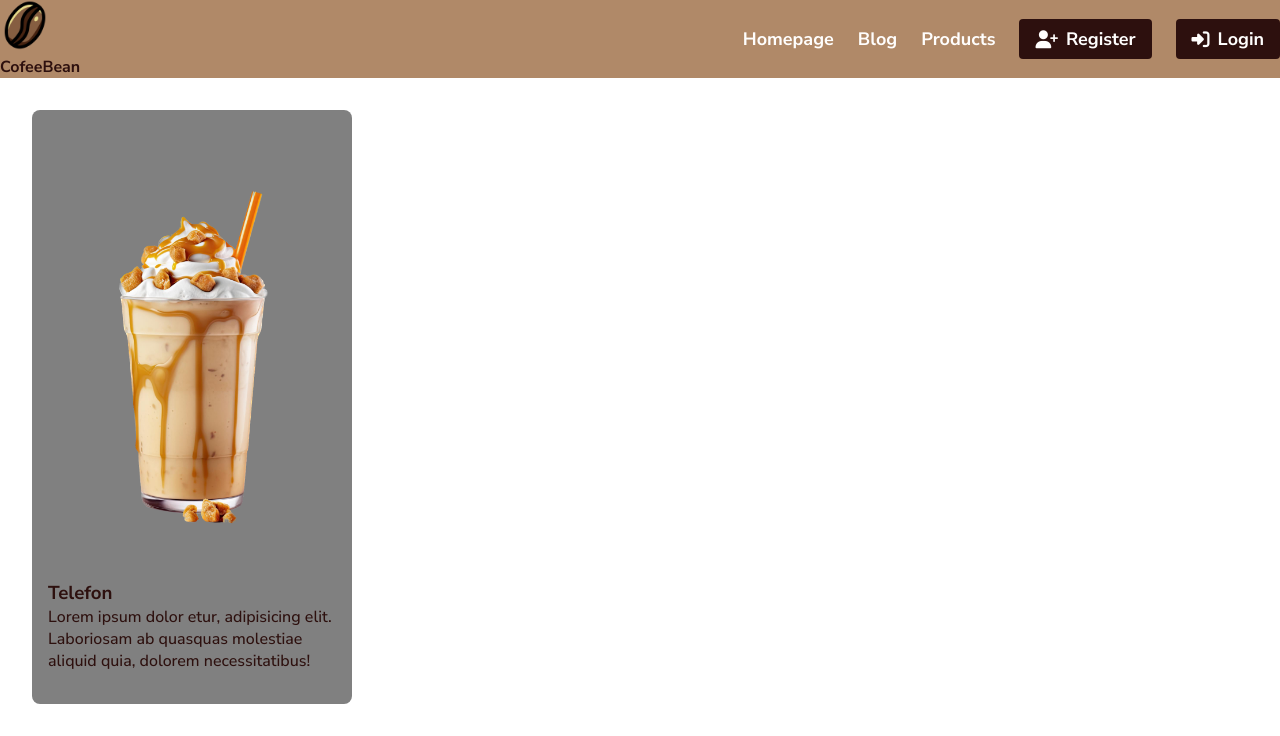
Repository: liviamucioniu/Coffee-Shop-Website
Page: index.html
An editor plug-in stored every save of this project. The page is shown before and after the next save, followed by the edit.
The browser window is 1280 px wide. The pictures show the whole page.

Above is the page before, as saved 2023-10-20 17:55:09.

After the next save:
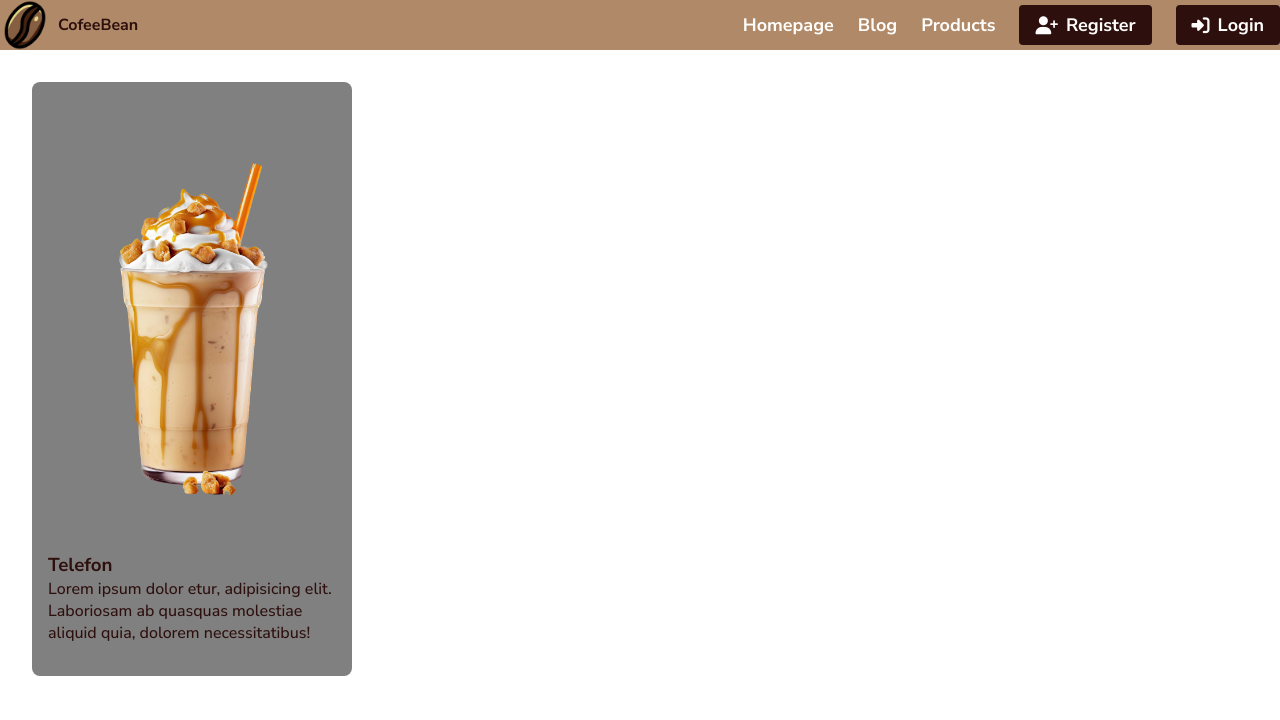
Saved 51 s later.
--- a/styles.css
+++ b/styles.css
@@ -36,6 +36,12 @@ body {
     background-color: var(--coffee-color-4);
     display: flex;
     justify-content: space-between;
+}
+
+header .logo-wrapper {
+    display: flex;
+    align-items: center;
+    gap: 0.5rem;
 }
 
 header .logo {
